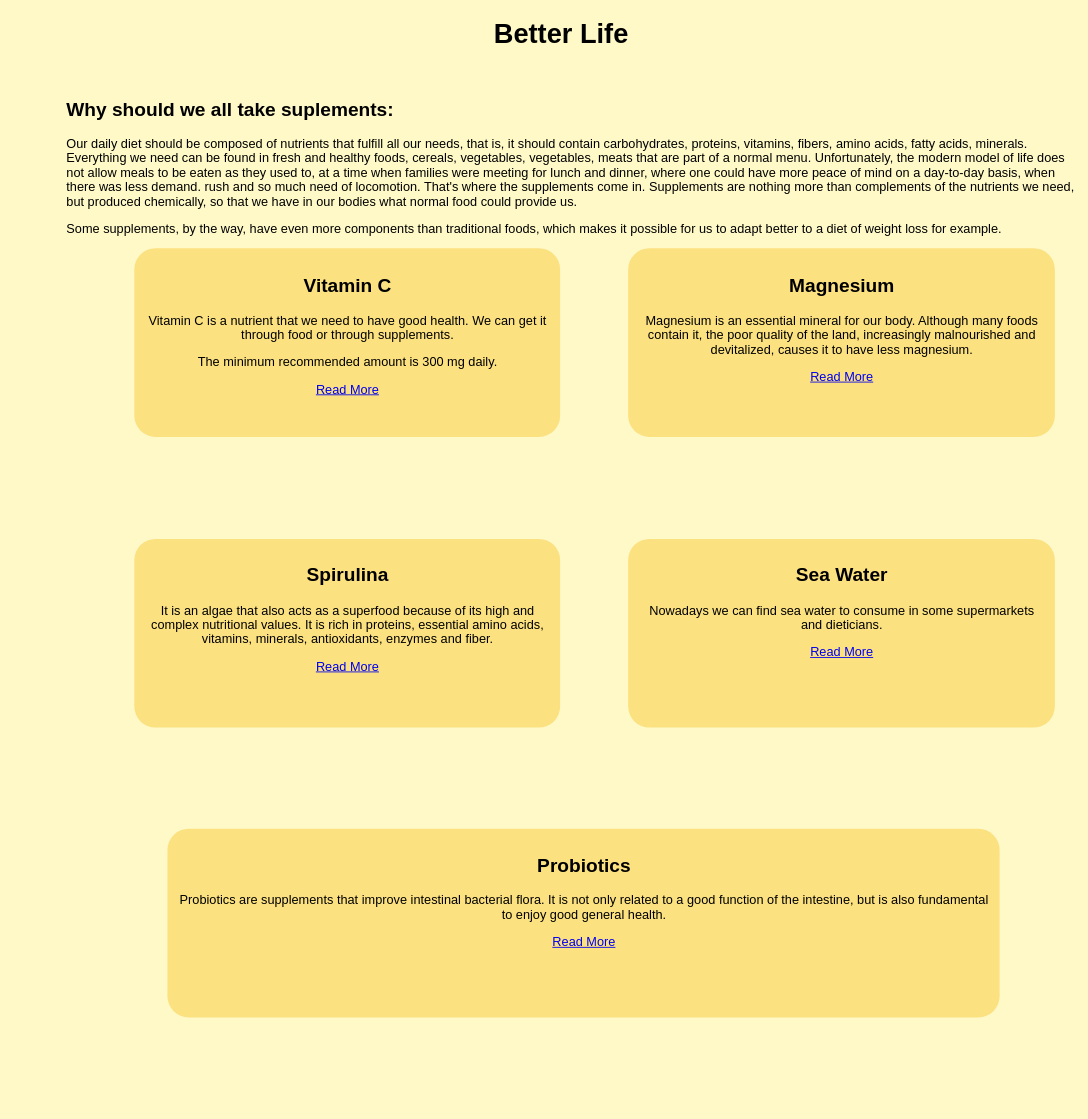
Repository: DSerenoG/Assessment2
Page: index.html
The author's editor kept a record of every edit. The page is drawn from the files as they stood at one moment, then again after the next edit.
The browser window is 1280 px wide. The pictures show the whole page, at 85% of full size.

Above is the page before.

### index.html
<!DOCTYPE html>
<html lang="en">
<head>
    <meta charset="UTF-8">
    <meta name="viewport" content="width=device-width, initial-scale=1.0">
    <meta http-equiv="X-UA-Compatible" content="ie=edge">
    <link rel="stylesheet" href="css/main.css" type="text/css" />
    <title>Document</title>
</head>
<body>


    <div id = "head">
        <ul>
             <h1>Better Life</h1>
        </ul>
    </div>

    <div id ="main_section">

        <reason style="width:40%">
            <h2>Why should we all take suplements: </h2>
            <p>Our daily diet should be composed of nutrients that fulfill all our needs, that is, it should contain carbohydrates, proteins, vitamins, fibers, amino acids, fatty acids, minerals. Everything we need can be found in fresh and healthy foods, cereals, vegetables, vegetables, meats that are part of a normal menu.
            Unfortunately, the modern model of life does not allow meals to be eaten as they used to, at a time when families were meeting for lunch and dinner, where one could have more peace of mind on a day-to-day basis, when there was less demand. rush and so much need of locomotion.
            That's where the supplements come in. Supplements are nothing more than complements of the nutrients we need, but produced chemically, so that we have in our bodies what normal food could provide us.
            <p>Some supplements, by the way, have even more components than traditional foods, which makes it possible for us to adapt better to a diet of weight loss for example.
             </p>

        </reason>

        <suplement1  id="boxes">
            <h2>Vitamin C</h2>
            <p>Vitamin C is a nutrient that we need to have good health. We can get it through food or through supplements.</p>
            <p>The minimum recommended amount is 300 mg daily.</p>
            <a href="suplement_1.html">Read More</a>
        </suplement1>

        <suplement2  id="boxes">
            <h2>Magnesium</h2>
            <p>Magnesium is an essential mineral for our body. Although many foods contain it, the poor quality of the land, increasingly malnourished and devitalized, causes it to have less magnesium.</p>
            <a href="suplement_2.html">Read More</a>

        </suplement2>

        <suplement3  id="boxes">
            <h2>Spirulina</h2>
            <p>It is an algae that also acts as a superfood because of its high and complex nutritional values. It is rich in proteins, essential amino acids, vitamins, minerals, antioxidants, enzymes and fiber.</p>
             <a href="suplement_3.html">Read More</a>
        </suplement3>

        <suplement4 id="boxes">
            <h2>Sea Water</h2>
            <p>Nowadays we can find sea water to consume in some supermarkets and dieticians. </p>
            <a href="suplement_4.html">Read More</a>
        </suplement4>

        <suplement5 style="width:80%" >
            <h2>Probiotics</h2>
            <p>Probiotics are supplements that improve intestinal bacterial flora. It is not only related to a good function of the intestine, but is also fundamental to enjoy good general health.</p>
            <a href="suplement_5.html">Read More</a>
        </suplement5>

        <script type="text/javascript">

        </script>

    </div>
</body>
</html>

### css/main.css
#head{
    text-align: center;
    margin-bottom: 1%;
    font-family: arial;
}

body{
    background-color:#FEF9C7;
}

#main_section{
    font-size: 15px;
    font-family: arial;
    margin-left: 70px;
}

reason{
    margin-bottom: 3%;
    padding: 1%;
}


suplement5{
    margin: auto;
    padding:1%;
    text-align: center;
    font-size: 15px;
    float: left;
    margin-left: 10%;
    margin-right: -50%;
    margin-bottom: 10%;
    background-color:#FCE181;
    height: 25ex;
    font-family: arial;
     border-radius:25px;
}

#boxes{
    width: 40%;
    background-color:#FCE181;
    padding: 1%;
    text-align:center;
    font-size: 15px;
    float: left;
    margin-left: 80px;
    margin-bottom: 10%;
    height: 25ex;
    font-family: arial;
    border-radius:25px;

}

#b1{
    width: 40%;
    background-color:#FCE181;
    padding: 1%;
    text-align:center;
    font-size: 15px;
    float: left;

    margin-top: 1.5%;
    margin-left: 80px;
    margin-bottom: 10%;
    height: 25ex;
    font-family: arial;
    border-radius:25px;

}

#d1{
   width:90%;
    background-color:#FCE181;
    padding: 1%;
    text-align:center;
    font-size: 15px;
    float: left;
    margin-left: 3%;
    margin-bottom: 10%;
    height: auto;
    font-family: arial;
    border-radius:25px;
}

#text{
    width: 500px;
    margin:0px;
    display: inline-block;
    float:left;
}

#image{
    float:right;
    margin-right: 270px;
    margin-top: 80px;

}

#more {display: none;}


#p{
    padding-top: 300px;
    float: left;
    margin-left: 5%;
}

After the next edit:
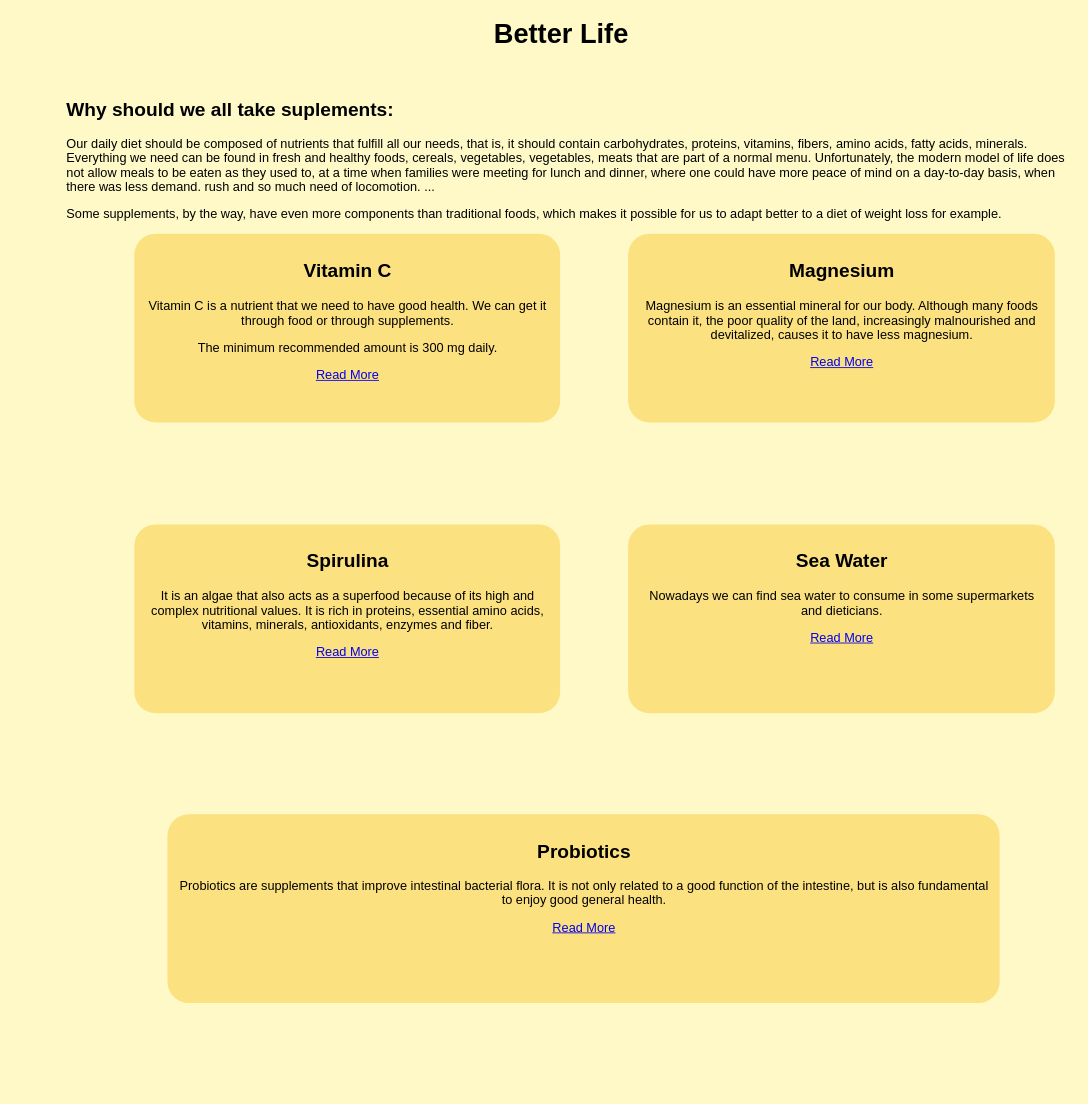
The edit:
--- a/index.html
+++ b/index.html
@@ -21,7 +21,7 @@
         <reason style="width:40%">
             <h2>Why should we all take suplements: </h2>
             <p>Our daily diet should be composed of nutrients that fulfill all our needs, that is, it should contain carbohydrates, proteins, vitamins, fibers, amino acids, fatty acids, minerals. Everything we need can be found in fresh and healthy foods, cereals, vegetables, vegetables, meats that are part of a normal menu.
-            Unfortunately, the modern model of life does not allow meals to be eaten as they used to, at a time when families were meeting for lunch and dinner, where one could have more peace of mind on a day-to-day basis, when there was less demand. rush and so much need of locomotion.
+            Unfortunately, the modern model of life does not allow meals to be eaten as they used to, at a time when families were meeting for lunch and dinner, where one could have more peace of mind on a day-to-day basis, when there was less demand. rush and so much need of locomotion. <span id="dots">...</span><span id="more">
             That's where the supplements come in. Supplements are nothing more than complements of the nutrients we need, but produced chemically, so that we have in our bodies what normal food could provide us.
             <p>Some supplements, by the way, have even more components than traditional foods, which makes it possible for us to adapt better to a diet of weight loss for example.
              </p>
